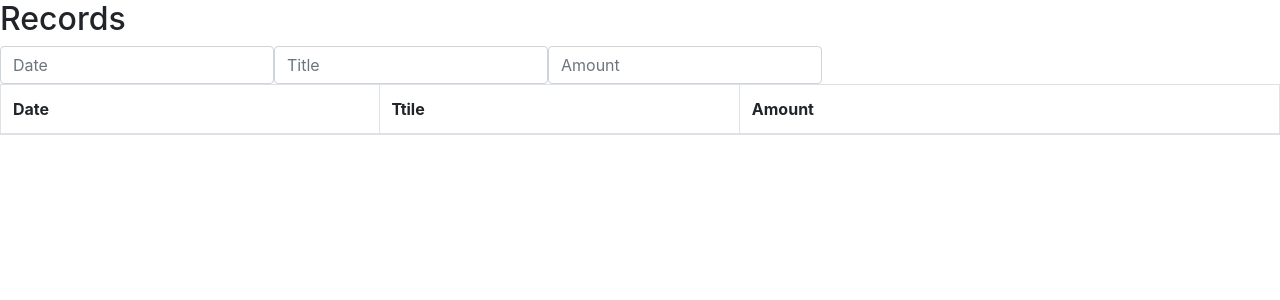
Repository: wjszydygns/accouts
Page: /
The author's editor kept a copy of each file at every save. The page is drawn from the files as they stood at one save, then again after the next save.
The browser window is 1280 px wide. The pictures show the whole page.
The page's requests for data from a server got no answer. The project was rebuilt for these pictures with package versions that can differ from the ones it lists, and the page was loaded fresh each time. No one was signed in, and anything a server would have sent is missing. Also part of the build but not shown: src/components/record.jsx.

Above is the page before, as saved 2018-11-30 15:04:12.

### public/index.html
<!DOCTYPE html>
<html lang="en">
  <head>
    <meta charset="utf-8">
    <link rel="shortcut icon" href="%PUBLIC_URL%/favicon.ico">
    <meta name="viewport" content="width=device-width, initial-scale=1, shrink-to-fit=no">
    <meta name="theme-color" content="#000000">
    <!--
      manifest.json provides metadata used when your web app is added to the
      homescreen on Android. See https://developers.google.com/web/fundamentals/web-app-manifest/
    -->
    <link rel="manifest" href="%PUBLIC_URL%/manifest.json">
    <link href="https://cdn.bootcss.com/twitter-bootstrap/4.1.3/css/bootstrap.min.css" rel="stylesheet">


    <title>React App</title>
  </head>
  <body>

    <div id="root"></div>

  </body>
</html>

### src/index.js
import React from 'react';
import ReactDOM from 'react-dom';

import RecordList from './components/records';
import * as serviceWorker from './serviceWorker';

ReactDOM.render(<RecordList />, document.getElementById('root'));

// If you want your app to work offline and load faster, you can change
// unregister() to register() below. Note this comes with some pitfalls.
// Learn more about service workers: http://bit.ly/CRA-PWA
serviceWorker.unregister();

### src/components/records.jsx
import React, { Component } from 'react';
import { table } from "antd"
import Record from "./record"
import * as moment from "moment"
import axios from "axios"
import PropTypes from "prop-types"
import * as RecordsAPI  from "../utils/RecordsAPI"
import RecordForm from "./RecordForm"

class RecordList extends Component {
  constructor(props)
  {
    super(props)
    this.state={
     records:
     [
        // {id:1,date:"2018-11-2",title:"房租",amount:1900},
        // {id:2,date:"2018-11-5",title:"工资收入",amount:5000},
        // {id:3,date:"2018-11-11",title:"购物",amount:700},
        // {id:4,date:"2018-11-16",title:"收入",amount:800},
     ],
     isloaded:false,
     error:null
    }
  }

  componentDidMount(){
    const {records,isloaded}=this.state;
    // const url=`https://5bfe4524362b930013f651be.mockapi.io/api/v1/records`
    //  fetch(url).then(res=>{
    //    return res.json();

    //  }).then(data=>{  //res.data=data
    //    this.setState({
    //      records:data
    //    })
    //  }).catch(err=>
    //    console.log(err)
    //   )

    RecordsAPI.getAll().then(res=>{
     this.setState({
       records:res.data,
       isloaded:true
     })

    }).catch(error=>{
      this.setState({
      isloaded:true,
      })
    })

  }
  render() {
    const {error,isloaded,records}=this.state;
    let recordsComponent;
    {
      if(error)
      {
        recordsComponent= <div>{error}</div>
      }else if(!isloaded)
      {
         recordsComponent=<div>Loading...</div>

      }
      else{
        recordsComponent= (
          <div >
            <table className="table table-bordered">
              <thead>
                <tr>
                  <th>Date</th>
                  <th>Ttile</th>
                  <th>Amount</th>
                </tr>
              </thead>
              <tbody>
                {
                  this.state.records.map((item,index)=>{
                    item.date=moment(item.date).format("YYYY-MM-DD:HH:ss:mm")
                     return <Record  key={item.id} {...item}/>

                  })
                }
              </tbody>
            </table>
          </div>
        );
      }
    }

    return(
      <div>
          <h2>Records</h2>
           <RecordForm/>
           {recordsComponent}
      </div>

    )


  }
}

export default RecordList;

### src/utils/RecordsAPI.js
import axios from "axios"
//使用环境变量来定义ａｐｉ,这样就可以把好多人要请求的接口放到一起通过ａｐｉ.什么来引用
//REACT_APP_RECORDS_API_URL这就是一个环境变量，要在ｓｃｒｉｐｔｓ里面定义这个环境变量的值,process.env是引用环境变量的前缀
 const api=process.env.REACT_APP_RECORDS_API_URL ||"http://localhost:5000"

//将axios请求全部封装到一个方法里面

export const getAll=()=>{
    //注意箭头函数要加大括号的话必须加return,否则没有返回值
   return axios.get(`${api}api/v1/records`)

}

### src/components/RecordForm.js
import React, { Component } from 'react';
import {table} from "antd"
import PropTypes from "prop-types"

class RecordForm extends Component {
  render() {
      //  const {record}=this.props
    return (
     <form className="form-inline">
      <div className="form-group">
        <input type="text" className="form-control" placeholder="Date" name="date"/>

      </div>
      <div className="form-group">
        <input type="text" className="form-control" placeholder="Title" name="title"/>

      </div>
      <div className="form-group">
        <input type="text" className="form-control" placeholder="Amount" name="amount"/>

      </div>


     </form>
    );
  }
}

export default RecordForm;
 RecordForm.propTypes={
  id:PropTypes.number,
  date:PropTypes.string,
  title:PropTypes.string,
  amount:PropTypes.number



}

Loaded but not shown: src/serviceWorker.js (common file)

After the next save:
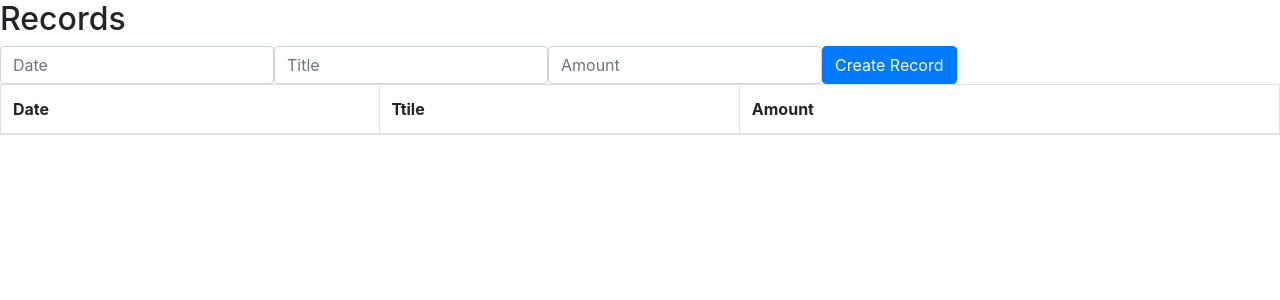
Saved 81 s later.
--- a/src/components/RecordForm.js
+++ b/src/components/RecordForm.js
@@ -19,7 +19,7 @@ class RecordForm extends Component {
         <input type="text" className="form-control" placeholder="Amount" name="amount"/>
 
       </div>
-
+      <button className="btn btn-primary">Create Record</button>
 
      </form>
     );
